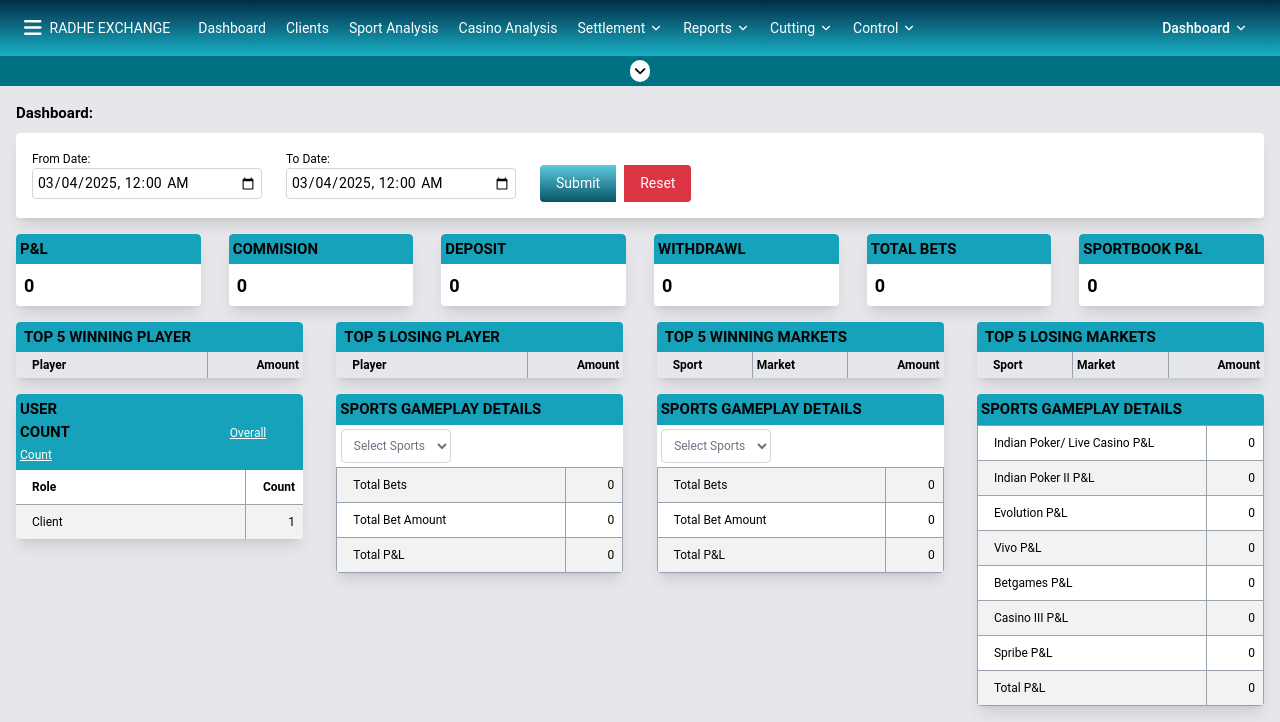
Repository: Habeebur1493/Radhe-Exchange
Page: /dashboard (app in frontend/)
The author's editor kept a copy of each file at every save. The page is drawn from the files as they stood at one save, then again after the next save.
The browser window is 1280 px wide. The pictures show the whole page.
Some web libraries are served in a nearby version. The project was rebuilt for these pictures with package versions that can differ from the ones it lists, and the page was loaded fresh each time. Also part of the build but not shown: frontend/vite.config.js, frontend/src/components/login.jsx, frontend/src/components/Register.jsx.

Above is the page before, as saved 2025-03-04 17:15:14.

### frontend/index.html
<!doctype html>
<html lang="en">
  <head>
    <meta charset="UTF-8" />
    <meta name="viewport" content="width=device-width, initial-scale=1.0" />
    <link
    href="https://cdn.jsdelivr.net/npm/remixicon@4.5.0/fonts/remixicon.css"
    rel="stylesheet"
/>
<link rel="stylesheet" href="https://cdnjs.cloudflare.com/ajax/libs/font-awesome/6.7.2/css/all.min.css" integrity="sha512-Evv84Mr4kqVGRNSgIGL/F/aIDqQb7xQ2vcrdIwxfjThSH8CSR7PBEakCr51Ck+w+/U6swU2Im1vVX0SVk9ABhg==" crossorigin="anonymous" referrerpolicy="no-referrer" />
    <title>Radheexch | Admin</title>

  </head>
  <body>
    <div id="root"></div>
    <script type="module" src="/src/main.jsx"></script>
  </body>
</html>

### frontend/src/App.jsx
import React from "react";
import "./App.css";
import { Navigate, Routes, Route } from "react-router-dom";
import Login from "./components/login";
import Register from "./components/Register";
import Dashboard from "./components/dashboard";

const App = () => {
  return (
    <div>
      <Routes>
        <Route path="/" element={<Navigate to="/login" />} />
        <Route path="/login" element={<Login />} />
        <Route path="/register" element={<Register />} />
        <Route path="/dashboard" element={<Dashboard />} />
      </Routes>
    </div>
  );
};

export default App;

### frontend/src/App.css
@import "tailwindcss";

@import url('https://fonts.googleapis.com/css2?family=Roboto:ital,wght@0,100..900;1,100..900&display=swap');

:root {
    --primary-background: linear-gradient(#022d45, #18b0c7);
    --secondary-background: linear-gradient(#5dcbde, #075366);
    --tertiary-background: linear-gradient(#007182, #4ab4c7);
    --four-background: linear-gradient(#075366, #5dcbde);
}

.main{
    background: var(--primary-background);
    font-family: "Roboto", sans-serif;
}

.btn{
    background: var(--secondary-background);
    font-family: "Roboto", sans-serif;
}

nav{
    background: var(--primary-background);
    font-family: "Roboto", sans-serif;
    font-size: 14px;
}
.dashboard{
    font-family: "Roboto", sans-serif;
    font-size: 14px;
}

.sidebar{
    background: var(--tertiary-background);
    font-family: "Roboto", sans-serif;
    font-size: 14px;
}
.btn1{
    background: var(--secondary-background);
    font-family: "Roboto", sans-serif;
    transition: all 0.3s ease-in-out;
}
.btn1:hover{
    background: var(--four-background);
}

### frontend/src/components/dashboard.jsx
import React, { useState } from "react";
import { ChevronDown } from "lucide-react";
import Sidebar from "./Sidebar";
import DashContent from "./DashContent";

const Dashboard = () => {
  const [isDropdownOpen, setIsDropdownOpen] = useState(false);
  const [isOpen, setIsOpen] = useState(false);

  return (
    <div className="dashboard min-h-screen bg-gray-200 overflow-x-hidden">
      {/* Navbar */}
      <nav className="bg-[--primary-background] text-white flex items-center h-14 px-4 shadow-md">
        <Sidebar />
        <h1>RADHE EXCHANGE</h1>
        {/* Navbar Links (Now Closer to H1) */}
        <div className="ml-6 flex items-center">
          <ul className="hidden md:flex space-x-3">
            {["Dashboard", "Clients", "Sport Analysis", "Casino Analysis"].map(
              (item) => (
                <li key={item}>
                  <a
                    href="#"
                    className="h-14 flex items-center px-1 hover:bg-[#18b0c7] transition-all duration-200 ease-in-out"
                  >
                    {item}
                  </a>
                </li>
              )
            )}

            {/* Dropdown Menus */}
            {["Settlement"].map((item) => (
              <li key={item} className="relative group">
                <button className="h-14 flex items-center px-1 hover:bg-[#18b0c7] transition-all duration-200 ease-in-out">
                  {item}
                  <ChevronDown size={14} className="ml-1" />
                </button>

                {/* Dropdown - Show on Hover but only inside the navbar */}
                <div className="absolute left-0 mt-0 w-40 bg-[#16a2ba] text-white opacity-0 invisible group-hover:opacity-100 group-hover:visible transition-all duration-200 ease-in-out">
                  <a
                    href="#"
                    className="block px-4 py-2 hover:bg-[#107a8d] border-b border-gray-500"
                  >
                    User
                  </a>
                  <a href="#" className="block px-4 py-2 hover:bg-[#107a8d]">
                    Master
                  </a>
                </div>
              </li>
            ))}
            {/* Dropdown Menus */}
            {["Reports"].map((item) => (
              <li key={item} className="relative group">
                <button className="h-14 flex items-center px-1 hover:bg-[#18b0c7] transition-all duration-200 ease-in-out">
                  {item}
                  <ChevronDown size={14} className="ml-1" />
                </button>

                {/* Dropdown - Show on Hover */}
                <div className="absolute left-0 mt-0 w-40 bg-[#16a2ba] text-white opacity-0 invisible group-hover:opacity-100 group-hover:visible transition-all duration-200 ease-in-out">
                  <a
                    href="#"
                    className="block px-4 py-2 hover:bg-[#107a8d] border-b-1 border-gray-500"
                  >
                    User Detail
                  </a>
                  <a
                    href="#"
                    className="block px-4 py-2 hover:bg-[#107a8d] border-b-1 border-gray-500"
                  >
                    Account Satatement
                  </a>
                  <a
                    href="#"
                    className="block px-4 py-2 hover:bg-[#107a8d]  border-b-1 border-gray-500"
                  >
                    Settlement/Balance Report
                  </a>
                  <a
                    href="#"
                    className="block px-4 py-2 hover:bg-[#107a8d]  border-b-1 border-gray-500"
                  >
                    Transaction Report
                  </a>
                  <a
                    href="#"
                    className="block px-4 py-2 hover:bg-[#107a8d]  border-b-1 border-gray-500"
                  >
                    Current Bets
                  </a>
                  <a
                    href="#"
                    className="block px-4 py-2 hover:bg-[#107a8d]  border-b-1 border-gray-500"
                  >
                    Profit & Loss Report
                  </a>
                  <a
                    href="#"
                    className="block px-4 py-2 hover:bg-[#107a8d]  border-b-1 border-gray-500"
                  >
                    Event Profit & Loss Report
                  </a>
                  <a
                    href="#"
                    className="block px-4 py-2 hover:bg-[#107a8d]  border-b-1 border-gray-500"
                  >
                    Bet History
                  </a>
                  <a
                    href="#"
                    className="block px-4 py-2 hover:bg-[#107a8d]  border-b-1 border-gray-500"
                  >
                    Live Bets
                  </a>
                  <a
                    href="#"
                    className="block px-4 py-2 hover:bg-[#107a8d] border-b-1 border-gray-500"
                  >
                    Sports Revenue
                  </a>
                  <a
                    href="#"
                    className="block px-4 py-2 hover:bg-opacity-50  border-b-1 border-gray-500"
                  >
                    IP lookup
                  </a>
                </div>
              </li>
            ))}
            {/* Dropdown Menus */}
            {["Cutting"].map((item) => (
              <li key={item} className="relative group">
                <button className="h-14 flex items-center px-1 hover:bg-[#18b0c7] transition-all duration-200 ease-in-out">
                  {item}
                  <ChevronDown size={14} className="ml-1" />
                </button>

                {/* Dropdown - Show on Hover */}
                <div className="absolute left-0 mt-0 w-40 bg-[#16a2ba] text-white opacity-0 invisible group-hover:opacity-100 group-hover:visible transition-all duration-200 ease-in-out">
                  <a
                    href="#"
                    className="block px-4 py-2 hover:bg-[#107a8d]  border-b-1 border-gray-500"
                  >
                    Agent Master
                  </a>
                  <a href="#" className="block px-4 py-2 hover:bg-[#107a8d]">
                    Cutting History
                  </a>
                </div>
              </li>
            ))}
            {/* Dropdown Menus */}
            {["Control"].map((item) => (
              <li key={item} className="relative group">
                <button className="h-14 flex items-center px-1 hover:bg-[#18b0c7] transition-all duration-200 ease-in-out">
                  {item}
                  <ChevronDown size={14} className="ml-1" />
                </button>

                {/* Dropdown - Show on Hover */}
                <div className="absolute left-0 mt-0 w-40 bg-[#16a2ba] text-white opacity-0 invisible group-hover:opacity-100 group-hover:visible transition-all duration-200 ease-in-out">
                  <a
                    href="#"
                    className="block px-4 py-2 hover:bg-[#107a8d]  border-b-1 border-gray-500"
                  >
                    Game
                  </a>
                  <a href="#" className="block px-4 py-2 hover:bg-[#107a8d]">
                    Casino
                  </a>
                </div>
              </li>
            ))}
          </ul>
        </div>

        {/* Move Dashboard Dropdown to the Right */}
        <div className="ml-auto">
          <ul className="hidden md:flex text-sm font-medium">
            <li className="relative">
              <button
                onClick={() => setIsDropdownOpen(!isDropdownOpen)}
                className="flex items-center space-x-1 focus:outline-none px-4 h-14"
              >
                <span>Dashboard</span>
                <ChevronDown size={14} />
              </button>

              {/* Dropdown Menu - Shows on Click */}
              {isDropdownOpen && (
                <div className="absolute h-20 right-5 w-42 bg-white text-gray-800  rounded-sm">
                  <a href="#" className="block px-4 py-2 hover:bg-[#5dcbde]">
                    <span>
                      <i class="fa-solid fa-arrow-right-long"></i>
                    </span>{" "}
                    Change Password
                  </a>
                  <a href="#" className="block px-4 py-2 hover:bg-[#5dcbde]">
                    <span>
                      <i class="fa-solid fa-arrow-right-long"></i>
                    </span>{" "}
                    Log Out
                  </a>
                </div>
              )}
            </li>
          </ul>
        </div>
      </nav>

      {/* Header */}
      <header className="bg-[#007182] p-1  ">
        {/* Dropdown Toggle */}
        <div
          className="cursor-pointer flex items-center justify-center"
          onClick={() => setIsOpen(!isOpen)}
        >
          <i
            className={`fa-solid fa-angle-down bg-white text-black font-bold rounded-full p-1 w-5 transition-transform ${
              isOpen ? "rotate-180" : ""
            }`}
          ></i>
        </div>

        {/* Dropdown Content */}
        {isOpen && (
          <div className="bg-[#007182] transition-all duration-300 pb-1 px-4">
            <div className="flex justify-evenly items-center text-white text-[14px] w-full mr-4">
              <div className="flex flex-col text-center gap-2  ">
                <h4 className="flex justify-between">
                  User ID: <span className="ml-2">776demo</span>
                </h4>
                <h4 className="flex justify-between">
                  User Type: <span className="ml-2">Admin</span>
                </h4>
              </div>

              <div className="flex flex-col text-center gap-2 w-1/5">
                <h4 className="flex justify-evenly">
                  Given Bal:{" "}
                  <span className="text-[#20fa5e] ml-2">1000.00</span>
                </h4>
                <h4 className="flex justify-evenly">
                  Available: <span className="text-[#20fa5e] ml-2">500.00</span>
                </h4>
              </div>

              <div className="flex flex-col text-center gap-2 w-1/5">
                <h4 className="flex justify-evenly">
                  Up Line: <span className="ml-6">0</span>
                </h4>
                <h4 className="flex justify-evenly">
                  Down Line: <span className="ml-2">0</span>
                </h4>
              </div>

              <div className="flex flex-col text-center gap-2 w-1/5">
                <h4 className="flex justify-evenly">
                  Current P&L: <span className="ml-2">0</span>
                </h4>
                <h4 className="flex justify-evenly">
                  Exposure: <span className="ml-8">0</span>
                </h4>
              </div>

              <div className="flex flex-col text-center gap-2 w-1/5 mb-7 pl-10">
                <h4 className="flex justify-evenly">
                  My P&L: <span className="ml-10">0</span>
                </h4>
              </div>
            </div>
          </div>
        )}
      </header>
      <DashContent />
    </div>
  );
};

export default Dashboard;

### frontend/src/components/Sidebar.jsx
import React, { useState } from "react";
import { Link } from "react-router-dom"; // Ensure you use react-router for navigation

const Sidebar = () => {
  const [isOpen, setIsOpen] = useState(false);
  const [dropdowns, setDropdowns] = useState({});
  const [nestedDropdowns, setNestedDropdowns] = useState({});

  const toggleDropdown = (category) => {
    setDropdowns((prev) => ({ ...prev, [category]: !prev[category] }));
  };

  const toggleNestedDropdown = (item) => {
    setNestedDropdowns((prev) => ({ ...prev, [item]: !prev[item] }));
  };

  const menuItems = [
    {
      key: "cricket",
      label: "Cricket",
      items: [
        {
          title: "ICC Champions Trophy",
          subItems: ["India v Australia", "England v South Africa", "South Africa v New Zealand"],
        },
        {
          title: "Women's Premier League",
          subItems: ["Women's Premier League", "Up Warriorz W v Mumbai Indians W", "Gujarat Giants W v Delhi Capitals W"],
        },
        {
          title: "International T20 Masters League",
          subItems: ["Sri Lanka Masters v West Indies Masters", "India Masters v Australia Masters"],
        },
      ],
    },
    {
      key: "soccer",
      label: "Soccer",
      items: [
        {
          title: "League 1",
          subItems: ["Team A v Team B", "Team C v Team D"],
        },
        {
          title: "League 2",
          subItems: ["Match 3", "Match 4"],
        },
      ],
    },
    {
      key: "tennis",
      label: "Tennis",
      items: [
        {
          title: "Grand Slam",
          subItems: ["Final Match", "Semi Final"],
        },
        {
          title: "ATP Finals",
          subItems: ["Quarter Final", "Round of 16"],
        },
      ],
    },
    {
      key: "Horse",
      label: "Horse",
      items: [
        {
          title: "Grand Prix",
          subItems: ["Final Match", "Semi Final"],
        },
        {
          title: "ATP Finals",
          subItems: ["Quarter Final", "Round of 16"],
        },
      ],
    },
    {
      key: "Greyhound",
      label: "Greyhound",
      items: [
        {
          title: "Grand Prix",
          subItems: ["Final Match", "Semi Final"],
        },
        {
          title: "ATP Finals",
          subItems: ["Quarter Final", "Round of 16"],
        },
      ],
    },
  ];

  return (
    <div className="relative">
      {/* Menu Icon */}
      <button onClick={() => setIsOpen(!isOpen)} className="p-2 text-xl">
        <i className="fa-solid fa-bars"></i>
      </button>

      {/* Sidebar */}
      <div
        className={`sidebar fixed top-0 left-0 h-full w-64 mt-14 bg-[--tertiary-background] text-white transition-transform duration-300 ${
          isOpen ? "translate-x-0" : "-translate-x-full"
        }`}
      >
        <ul className=" p-2">
          {menuItems.map(({ key, label, items }) => (
            <li key={key} className="cursor-pointer">
              {/* Main Category */}
              <div
                className="flex justify-between items-center w-full p-2 hover:bg-[#5dcbde] transition-all border-b border-[#18b0c7]"
                onClick={() => toggleDropdown(key)}
              >
                {label}{" "}
                <i
                  className={`fa-solid fa-caret-${dropdowns[key] ? "up" : "down"}`}
                ></i>
              </div>

              {/* First-level Dropdown */}
              <ul
                className={`overflow-hidden text-[11px] bg-[#d2dcf7] text-black transition-all duration-300 ${
                  dropdowns[key] ? "max-h-[1000px] opacity-100" : "max-h-0 opacity-0"
                }`}
              >
                {items.map(({ title, subItems }, index) => (
                  <li key={index} className="pl-6 pr-2 py-2">
                    {/* Square Plus/Minus Icon */}
                    <button
                      onClick={() => toggleNestedDropdown(title)}
                      className="mr-2"
                    >
                      <i
                        className={`fa-solid fa-${
                          nestedDropdowns[title] ? "square-minus" : "square-plus"
                        } text-lg`}
                      ></i>
                    </button>
                    {title}

                    {/* Nested Dropdown */}
                    <ul
                      className={`overflow-hidden transition-all duration-300 ${
                        nestedDropdowns[title] ? "max-h-[1000px] opacity-100 pl-6" : "max-h-0 opacity-0"
                      }`}
                    >
                      {subItems.map((subItem, subIndex) => (
                        <li key={subIndex} className="text-black py-1 flex items-center">
                          <i className="fa-solid fa-square-xmark mr-2"></i>
                          <Link to={`/${key}/${title}/${subItem}`} className="cursor-pointer">
                            {subItem}
                          </Link>
                        </li>
                      ))}
                    </ul>
                  </li>
                ))}
              </ul>
            </li>
          ))}
        </ul>
      </div>
    </div>
  );
};

export default Sidebar;

Loaded but not shown: frontend/src/main.jsx (common file); frontend/src/components/DashContent.jsx (344 lines, source omitted)

After the next save:
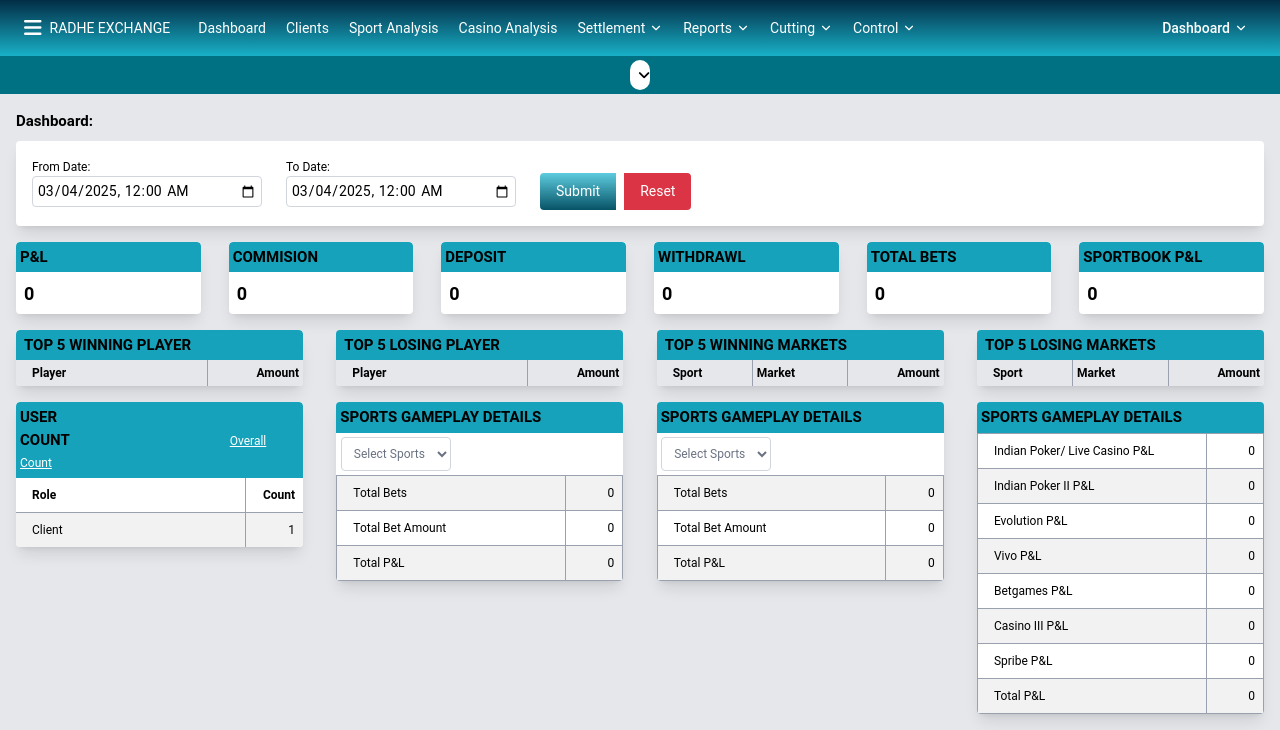
Saved 7 s later.
--- a/frontend/src/components/dashboard.jsx
+++ b/frontend/src/components/dashboard.jsx
@@ -219,7 +219,7 @@ const Dashboard = () => {
           onClick={() => setIsOpen(!isOpen)}
         >
           <i
-            className={`fa-solid fa-angle-down bg-white text-black font-bold rounded-full p-1 w-5 transition-transform ${
+            className={`fa-solid fa-angle-down bg-white text-black font-bold rounded-full p-2 w-5 transition-transform ${
               isOpen ? "rotate-180" : ""
             }`}
           ></i>
